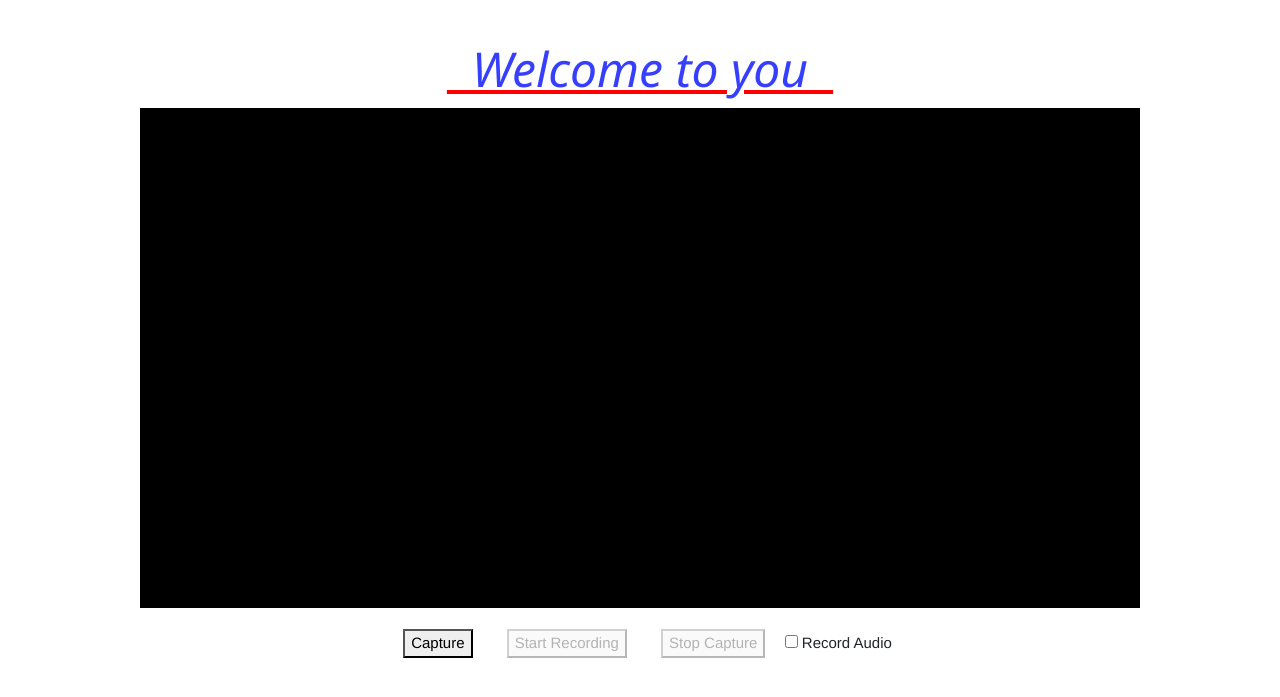
Repository: santiljanomalaj/recording_youtube
Page: index.html
These files come from the project's save history. The page is drawn as it stood at one moment and after the next save; the edit follows.
The browser window is 1280 px wide. The pictures show the whole page.

Above is the page before, as saved 2020-04-29 18:45:21.

### index.html
<!DOCTYPE html>
<html lang="en">
  <head>
    <title>video/audio capture</title>
    <meta charset="utf-8" />
    <meta http-equiv="X-UA-Compatible" content="IE=edge" />
    <meta name="viewport" content="width=device-width, initial-scale=1" />

    <link rel="stylesheet" href="./css/bootstrap.min.css" />
    <link rel="stylesheet" href="./css/w3.css" />
    <link
      rel="stylesheet"
      href="https://fonts.googleapis.com/css?family=Tangerine"
    />
    <link rel="stylesheet" href="./css/style.css" />

    <!-- <script>
      if (location.protocol !== "https:") location.protocol = "https:";
    </script> -->
    <!-- import the webpage's stylesheet -->
  </head>
  <body>
    <center>
      <div class="w3-container w3-tangerine">
        <u style="color: red;"
          ><h1 class="w3-xxxlarge">&nbsp Welcome to you &nbsp</h1></u
        >
      </div>
      <p id="warning">
        Enable chrome://flags/#enable-experimental-web-platform-features
      </p>
      <video
        style="background-color: black; width: 1000px; height: 500px;"
        id="videoElement"
        autoplay
      ></video>
      <br />
      <button id="captureBtn">Capture</button>
      <button id="startBtn" disabled>Start Recording</button>
      <button id="stopBtn" disabled>Stop Capture</button>
      <input type="checkbox" id="audioToggle" />
      <label for="audioToggle">Record Audio</label>
      <a class="btn btn-primary" id="download" href="#" style="display: none;"
        >Download</a
      >
      <a
        type="button"
        class="btn btn-primary"
        id="trim"
        href="https://video-cut.glitch.me/"
        style="display: none;"
        target="trim"
        >Trim Video</a
      >
      <a
        type="button"
        class="btn btn-primary"
        id="convert"
        href="https://convert-to-mp4.glitch.me/"
        style="display: none;"
        target="convert"
        >Convert to MP4</a
      >
    </center>

    <script src="./js/comlink.js"></script>
    <script src="./js/jquery.min.js"></script>
    <script src="./js/popper.min.js"></script>
    <script src="https://maxcdn.bootstrapcdn.com/bootstrap/4.4.1/js/bootstrap.min.js"></script>

    <script>
      if ("getDisplayMedia" in navigator.mediaDevices)
        warning.style.display = "none";

      let blobs;
      let blob;
      let rec;
      let stream;

      captureBtn.onclick = async () => {
        trim.style.display = "none";
        convert.style.display = "none";
        download.style.display = "none";
        let audio = audioToggle.checked || false;

        stream = await navigator.mediaDevices.getDisplayMedia({
          video: true,
          audio: audio,
        });
        stream
          .getVideoTracks()
          .forEach((track) => (track.contentHint = "text"));
        videoElement.srcObject = stream;
        let opts = { mimeType: "video/webm; codecs=h264" };
        blobs = [];
        rec = new MediaRecorder(stream, opts);
        rec.ondataavailable = (e) => blobs.push(e.data);
        rec.onstop = () => {
          blob = new Blob(blobs, { type: "video/mp4" });
          let url = window.URL.createObjectURL(blob);
          download.href = url;
          download.download = "test.mp4";
          download.style.display = "block";
          trim.style.display = "block";
          convert.style.display = "block";
        };
        startBtn.disabled = false;
        captureBtn.disabled = true;
        audioToggle.disabled = true;
      };

      startBtn.onclick = () => {
        startBtn.disabled = true;
        stopBtn.disabled = false;
        rec.start();
      };

      stopBtn.onclick = () => {
        captureBtn.disabled = false;
        startBtn.disabled = true;
        stopBtn.disabled = true;
        audioToggle.disabled = false;
        rec.stop();
        stream.getTracks().forEach((s) => s.stop());
        videoElement.srcObject = null;
        stream = null;
      };

      trim.onclick = async (event) => {
        event.preventDefault();
        let cutWindow = window.open(event.target.href);
        let start = Comlink.proxy(cutWindow);
        setTimeout(async () => {
          let result = await start(
            new File([blob], "test.webm", { type: "video/webm" }),
            "00:00:00"
          );
        }, 1000);
      };

      convert.onclick = async (event) => {
        event.preventDefault();
        let convertWindow = window.open(event.target.href);
        let start = Comlink.proxy(convertWindow);
        setTimeout(async () => {
          let result = await start(
            new File([blob], "test.webm", { type: "video/webm" })
          );
        }, 1000);
      };
    </script>
  </body>
</html>

### css/style.css
/* CSS files add styling rules to your content */

body {
  font-family: "Benton Sans", "Helvetica Neue", helvetica, arial, sans-serif;
  margin: 2em;
}

h1 {
  font-style: italic;
  color: #373fff;
}

video {
  width: 1000px;
  height: 1000px;
}

button {
  margin: 1em;
  padding: 1;
}

.w3-tangerine {
  font-family: "Tangerine", serif;
}

### js/comlink.js
/**
 * Copyright 2017 Google Inc. All Rights Reserved.
 * Licensed under the Apache License, Version 2.0 (the "License");
 * you may not use this file except in compliance with the License.
 * You may obtain a copy of the License at
 *     http://www.apache.org/licenses/LICENSE-2.0
 * Unless required by applicable law or agreed to in writing, software
 * distributed under the License is distributed on an "AS IS" BASIS,
 * WITHOUT WARRANTIES OR CONDITIONS OF ANY KIND, either express or implied.
 * See the License for the specific language governing permissions and
 * limitations under the License.
 */
(function (factory) {
  if (typeof module === "object" && typeof module.exports === "object") {
    var v = factory(require, exports);
    if (v !== undefined) module.exports = v;
  } else if (typeof define === "function" && define.amd) {
    define(["require", "exports"], factory);
  } else {
    factory([], (self.Comlink = {}));
  }
})(function (require, exports) {
  "use strict";
  Object.defineProperty(exports, "__esModule", { value: true });
  const TRANSFERABLE_TYPES = [ArrayBuffer, MessagePort];
  const uid = Math.floor(Math.random() * Number.MAX_SAFE_INTEGER);
  const proxyValueSymbol = Symbol("proxyValue");
  const throwSymbol = Symbol("throw");
  const proxyTransferHandler = {
    canHandle: (obj) => obj && obj[proxyValueSymbol],
    serialize: (obj) => {
      const { port1, port2 } = new MessageChannel();
      expose(obj, port1);
      return port2;
    },
    deserialize: (obj) => {
      return proxy(obj);
    },
  };
  const throwTransferHandler = {
    canHandle: (obj) => obj && obj[throwSymbol],
    serialize: (obj) => obj.toString() + "\n" + obj.stack,
    deserialize: (obj) => {
      throw Error(obj);
    },
  };
  exports.transferHandlers = new Map([
    ["PROXY", proxyTransferHandler],
    ["THROW", throwTransferHandler],
  ]);
  let pingPongMessageCounter = 0;
  function proxy(endpoint, target) {
    if (isWindow(endpoint)) endpoint = windowEndpoint(endpoint);
    if (!isEndpoint(endpoint))
      throw Error(
        "endpoint does not have all of addEventListener, removeEventListener and postMessage defined"
      );
    activateEndpoint(endpoint);
    return cbProxy(
      async (irequest) => {
        let args = [];
        if (irequest.type === "APPLY" || irequest.type === "CONSTRUCT")
          args = irequest.argumentsList.map(wrapValue);
        const response = await pingPongMessage(
          endpoint,
          Object.assign({}, irequest, { argumentsList: args }),
          transferableProperties(args)
        );
        const result = response.data;
        return unwrapValue(result.value);
      },
      [],
      target
    );
  }
  exports.proxy = proxy;
  function proxyValue(obj) {
    obj[proxyValueSymbol] = true;
    return obj;
  }
  exports.proxyValue = proxyValue;
  function expose(rootObj, endpoint) {
    if (isWindow(endpoint)) endpoint = windowEndpoint(endpoint);
    if (!isEndpoint(endpoint))
      throw Error(
        "endpoint does not have all of addEventListener, removeEventListener and postMessage defined"
      );
    activateEndpoint(endpoint);
    attachMessageHandler(endpoint, async function (event) {
      if (!event.data.id || !event.data.callPath) return;
      const irequest = event.data;
      let that = await irequest.callPath
        .slice(0, -1)
        .reduce((obj, propName) => obj[propName], rootObj);
      let obj = await irequest.callPath.reduce(
        (obj, propName) => obj[propName],
        rootObj
      );
      let iresult = obj;
      let args = [];
      if (irequest.type === "APPLY" || irequest.type === "CONSTRUCT")
        args = irequest.argumentsList.map(unwrapValue);
      if (irequest.type === "APPLY") {
        try {
          iresult = await obj.apply(that, args);
        } catch (e) {
          iresult = e;
          iresult[throwSymbol] = true;
        }
      }
      if (irequest.type === "CONSTRUCT") {
        try {
          iresult = new obj(...args); // eslint-disable-line new-cap
          iresult = proxyValue(iresult);
        } catch (e) {
          iresult = e;
          iresult[throwSymbol] = true;
        }
      }
      if (irequest.type === "SET") {
        obj[irequest.property] = irequest.value;
        // FIXME: ES6 Proxy Handler `set` methods are supposed to return a
        // boolean. To show good will, we return true asynchronously ¯\_(ツ)_/¯
        iresult = true;
      }
      iresult = makeInvocationResult(iresult);
      iresult.id = irequest.id;
      return endpoint.postMessage(iresult, transferableProperties([iresult]));
    });
  }
  exports.expose = expose;
  function wrapValue(arg) {
    // Is arg itself handled by a TransferHandler?
    for (const [key, transferHandler] of exports.transferHandlers) {
      if (transferHandler.canHandle(arg)) {
        return {
          type: key,
          value: transferHandler.serialize(arg),
        };
      }
    }
    // If not, traverse the entire object and find handled values.
    let wrappedChildren = [];
    for (const item of iterateAllProperties(arg)) {
      for (const [key, transferHandler] of exports.transferHandlers) {
        if (transferHandler.canHandle(item.value)) {
          wrappedChildren.push({
            path: item.path,
            wrappedValue: {
              type: key,
              value: transferHandler.serialize(item.value),
            },
          });
        }
      }
    }
    for (const wrappedChild of wrappedChildren) {
      const container = wrappedChild.path
        .slice(0, -1)
        .reduce((obj, key) => obj[key], arg);
      container[wrappedChild.path[wrappedChild.path.length - 1]] = null;
    }
    return {
      type: "RAW",
      value: arg,
      wrappedChildren,
    };
  }
  function unwrapValue(arg) {
    if (exports.transferHandlers.has(arg.type)) {
      const transferHandler = exports.transferHandlers.get(arg.type);
      return transferHandler.deserialize(arg.value);
    } else if (isRawWrappedValue(arg)) {
      for (const wrappedChildValue of arg.wrappedChildren || []) {
        if (!exports.transferHandlers.has(wrappedChildValue.wrappedValue.type))
          throw Error(
            `Unknown value type "${arg.type}" at ${wrappedChildValue.path.join(
              "."
            )}`
          );
        const transferHandler = exports.transferHandlers.get(
          wrappedChildValue.wrappedValue.type
        );
        const newValue = transferHandler.deserialize(
          wrappedChildValue.wrappedValue.value
        );
        replaceValueInObjectAtPath(arg.value, wrappedChildValue.path, newValue);
      }
      return arg.value;
    } else {
      throw Error(`Unknown value type "${arg.type}"`);
    }
  }
  function replaceValueInObjectAtPath(obj, path, newVal) {
    const lastKey = path.slice(-1)[0];
    const lastObj = path.slice(0, -1).reduce((obj, key) => obj[key], obj);
    lastObj[lastKey] = newVal;
  }
  function isRawWrappedValue(arg) {
    return arg.type === "RAW";
  }
  function windowEndpoint(w) {
    if (self.constructor.name !== "Window") throw Error("self is not a window");
    return {
      addEventListener: self.addEventListener.bind(self),
      removeEventListener: self.removeEventListener.bind(self),
      postMessage: (msg, transfer) => w.postMessage(msg, "*", transfer),
    };
  }
  function isEndpoint(endpoint) {
    return (
      "addEventListener" in endpoint &&
      "removeEventListener" in endpoint &&
      "postMessage" in endpoint
    );
  }
  function activateEndpoint(endpoint) {
    if (isMessagePort(endpoint)) endpoint.start();
  }
  function attachMessageHandler(endpoint, f) {
    // Checking all possible types of `endpoint` manually satisfies TypeScript’s
    // type checker. Not sure why the inference is failing here. Since it’s
    // unnecessary code I’m going to resort to `any` for now.
    // if(isWorker(endpoint))
    //   endpoint.addEventListener('message', f);
    // if(isMessagePort(endpoint))
    //   endpoint.addEventListener('message', f);
    // if(isOtherWindow(endpoint))
    //   endpoint.addEventListener('message', f);
    endpoint.addEventListener("message", f);
  }
  function detachMessageHandler(endpoint, f) {
    // Same as above.
    endpoint.removeEventListener("message", f);
  }
  function isMessagePort(endpoint) {
    return endpoint.constructor.name === "MessagePort";
  }
  function isWindow(endpoint) {
    // TODO: This doesn’t work on cross-origin iframes.
    // return endpoint.constructor.name === 'Window';
    return ["window", "length", "location", "parent", "opener"].every(
      (prop) => prop in endpoint
    );
  }
  /**
   * `pingPongMessage` sends a `postMessage` and waits for a reply. Replies are
   * identified by a unique id that is attached to the payload.
   */
  function pingPongMessage(endpoint, msg, transferables) {
    const id = `${uid}-${pingPongMessageCounter++}`;
    return new Promise((resolve) => {
      attachMessageHandler(endpoint, function handler(event) {
        if (event.data.id !== id) return;
        detachMessageHandler(endpoint, handler);
        resolve(event);
      });
      // Copy msg and add `id` property
      msg = Object.assign({}, msg, { id });
      endpoint.postMessage(msg, transferables);
    });
  }
  function cbProxy(cb, callPath = [], target = function () {}) {
    return new Proxy(target, {
      construct(_target, argumentsList, proxy) {
        return cb({
          type: "CONSTRUCT",
          callPath,
          argumentsList,
        });
      },
      apply(_target, _thisArg, argumentsList) {
        // We use `bind` as an indicator to have a remote function bound locally.
        // The actual target for `bind()` is currently ignored.
        if (callPath[callPath.length - 1] === "bind")
          return cbProxy(cb, callPath.slice(0, -1));
        return cb({
          type: "APPLY",
          callPath,
          argumentsList,
        });
      },
      get(_target, property, proxy) {
        if (property === "then" && callPath.length === 0) {
          return { then: () => proxy };
        } else if (property === "then") {
          const r = cb({
            type: "GET",
            callPath,
          });
          return Promise.resolve(r).then.bind(r);
        } else {
          return cbProxy(cb, callPath.concat(property), _target[property]);
        }
      },
      set(_target, property, value, _proxy) {
        return cb({
          type: "SET",
          callPath,
          property,
          value,
        });
      },
    });
  }
  function isTransferable(thing) {
    return TRANSFERABLE_TYPES.some((type) => thing instanceof type);
  }
  function* iterateAllProperties(value, path = [], visited = null) {
    if (!value) return;
    if (!visited) visited = new WeakSet();
    if (visited.has(value)) return;
    if (typeof value === "string") return;
    if (typeof value === "object") visited.add(value);
    if (ArrayBuffer.isView(value)) return;
    yield { value, path };
    const keys = Object.keys(value);
    for (const key of keys)
      yield* iterateAllProperties(value[key], [...path, key], visited);
  }
  function transferableProperties(obj) {
    const r = [];
    for (const prop of iterateAllProperties(obj)) {
      if (isTransferable(prop.value)) r.push(prop.value);
    }
    return r;
  }
  function makeInvocationResult(obj) {
    for (const [type, transferHandler] of exports.transferHandlers) {
      if (transferHandler.canHandle(obj)) {
        const value = transferHandler.serialize(obj);
        return {
          value: { type, value },
        };
      }
    }
    return {
      value: {
        type: "RAW",
        value: obj,
      },
    };
  }
});

Loaded but not shown: css/bootstrap.min.css (library); css/w3.css (library); js/jquery.min.js (library); js/popper.min.js (library)

After the next save:
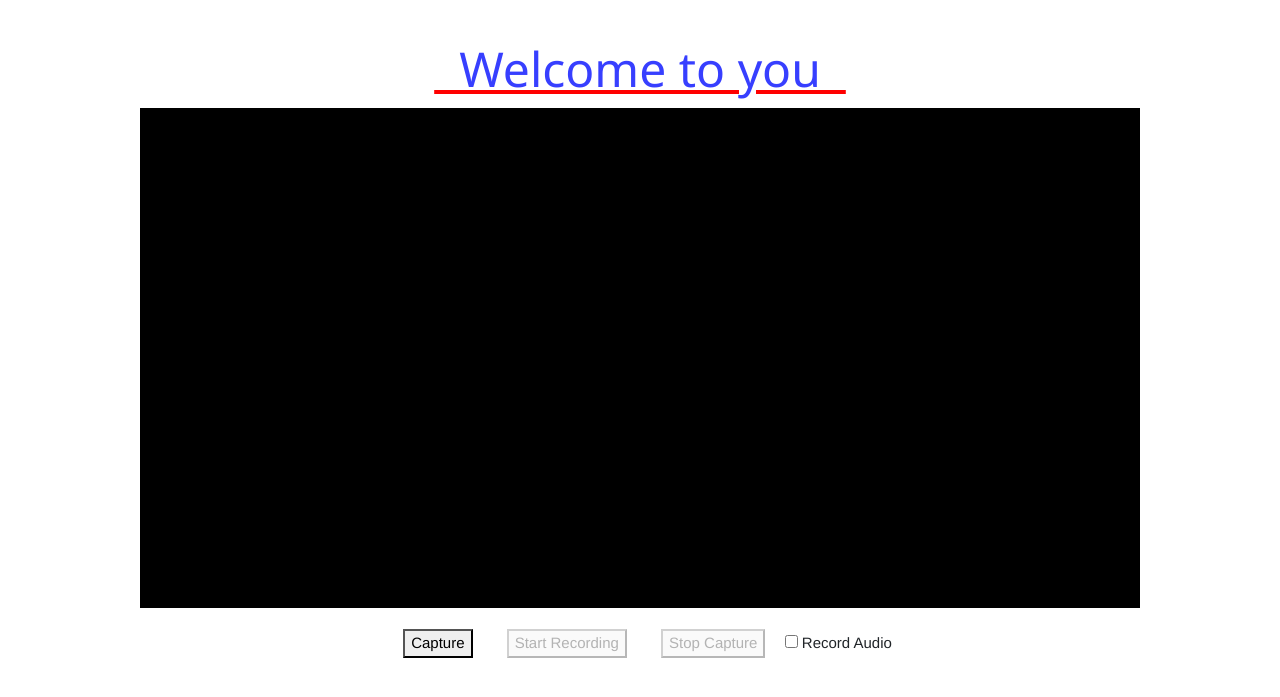
Saved 32 s later.
--- a/css/style.css
+++ b/css/style.css
@@ -6,7 +6,7 @@ body {
 }
 
 h1 {
-  font-style: italic;
+  /* font-style: italic; */
   color: #373fff;
 }
 
